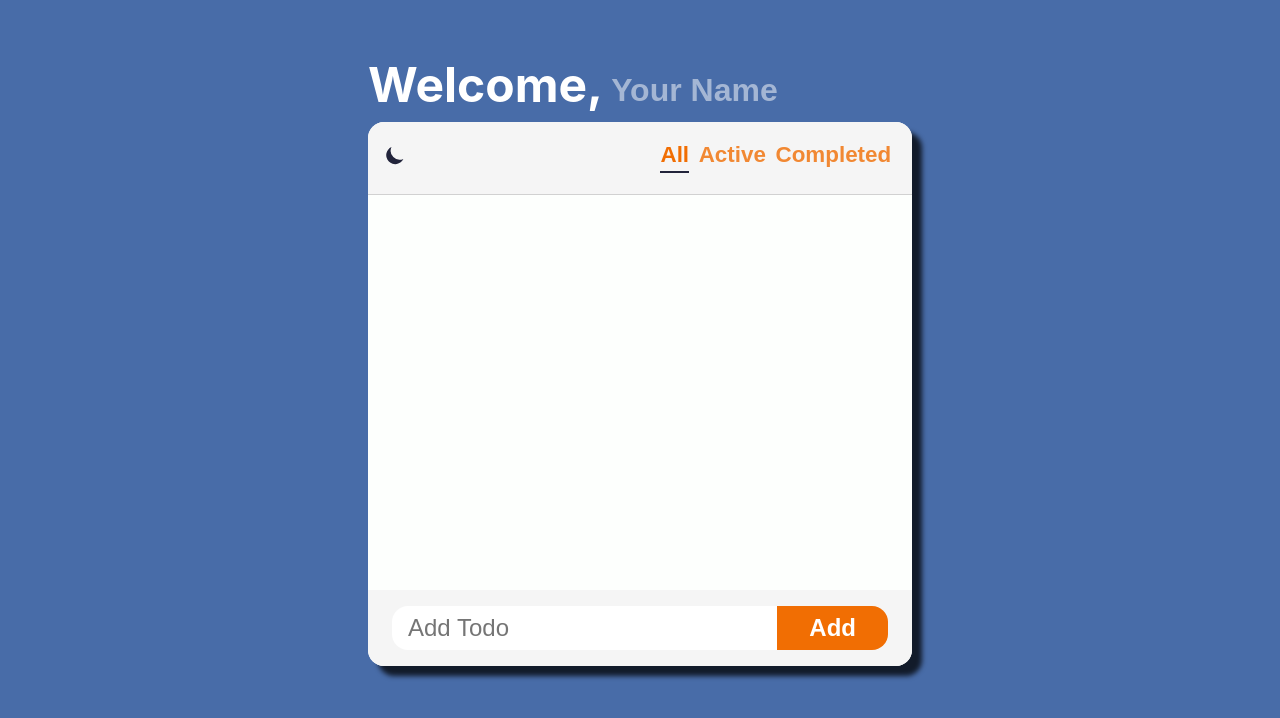
Repository: MrJinkyu/TodoList
Page: /
These files come from the project's save history. The page is drawn as it stood at one moment and after the next save; the edit follows.
The browser window is 1280 px wide. The pictures show the whole page.
The project was rebuilt for these pictures with package versions that can differ from the ones it lists, and the page was loaded fresh each time. Also part of the build but not shown: src/components/Todo.module.css, src/components/Todo.jsx.

Above is the page before, as saved 2023-05-01 19:39:22.

After the next save:
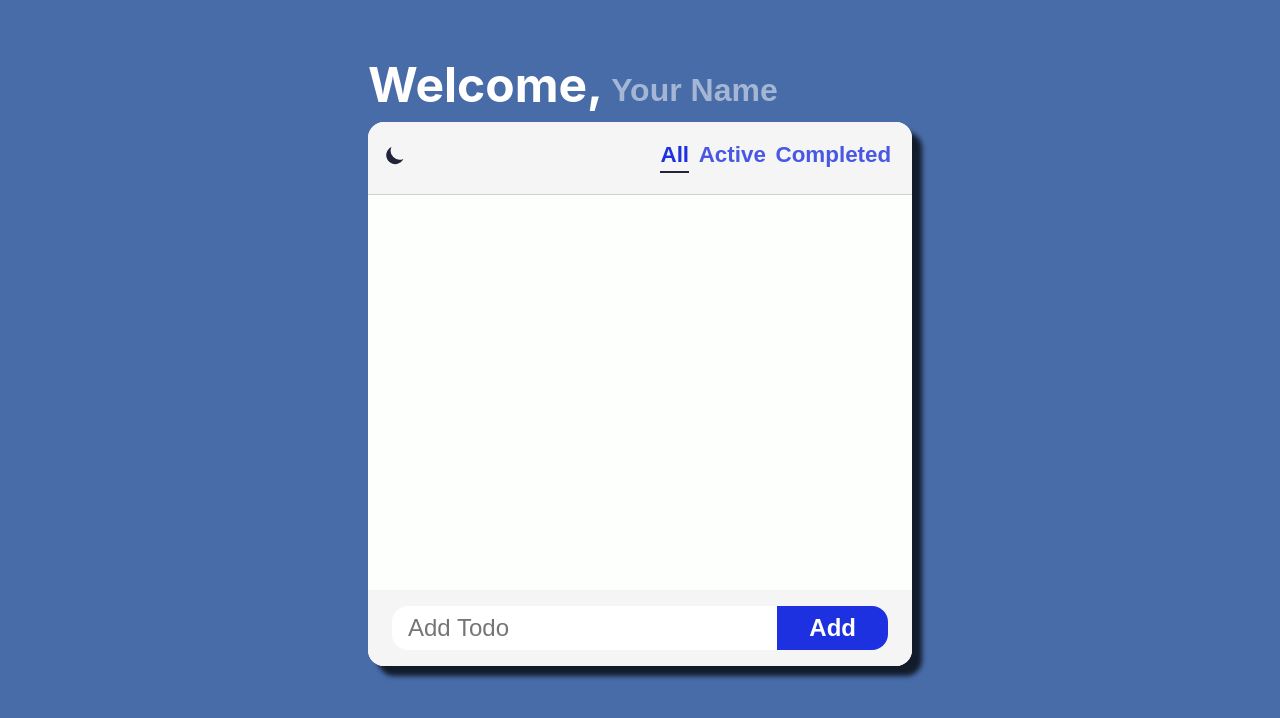
Saved 108 s later.
--- a/src/index.css
+++ b/src/index.css
@@ -4,7 +4,7 @@
   --color-bg: #fdfffd;
   --color-grey: #d1d1d1;
   --color-text: #22243b;
-  --color-accent: #f16e03;
+  --color-accent:#1d31e0;
   --color-white: white;
   --color-scrollbar: #aaa7a7;
 }
@@ -14,6 +14,7 @@ html.dark{
   --color-bg: #22243b;
   --color-grey: #4e4e4e;
   --color-text: #fdfffd;
+  --color-accent: #f16e03;
 }
 
 *{
